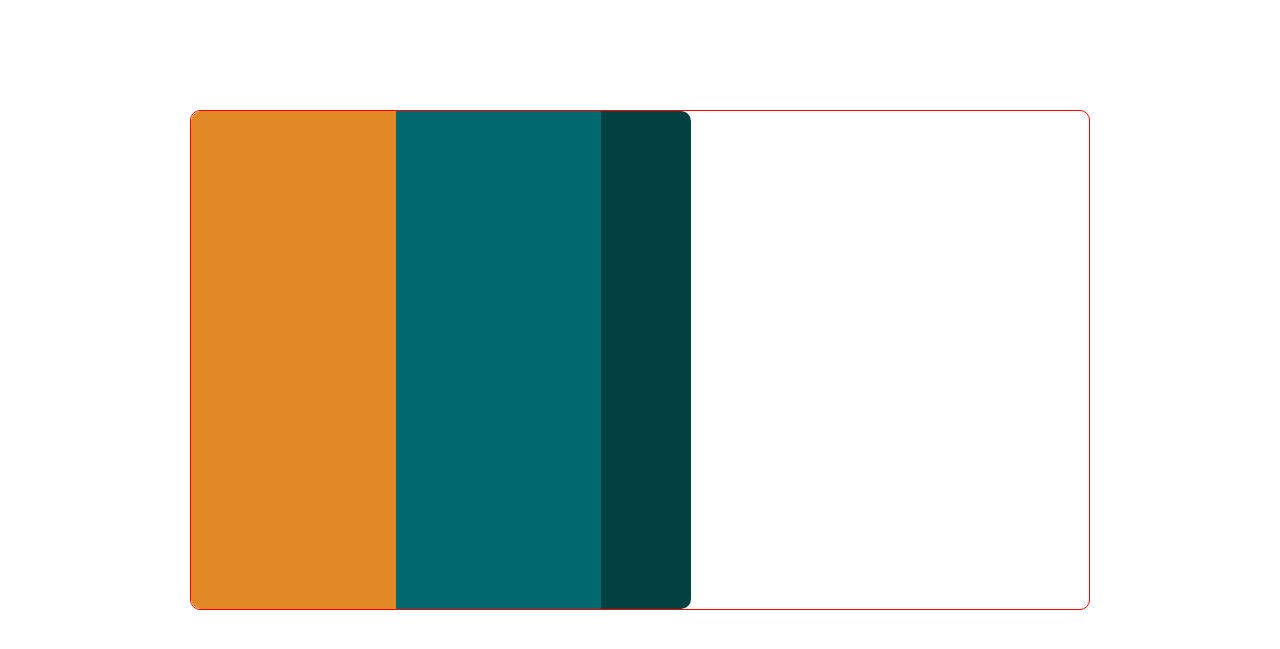
Repository: KamoliddinGIT/column-preview-card
Page: index.html
The author's editor kept a copy of each file at every save. The page is drawn from the files as they stood at one save, then again after the next save.
The browser window is 1280 px wide. The pictures show the whole page.

Above is the page before, as saved 2023-09-15 16:29:04.

After the next save:
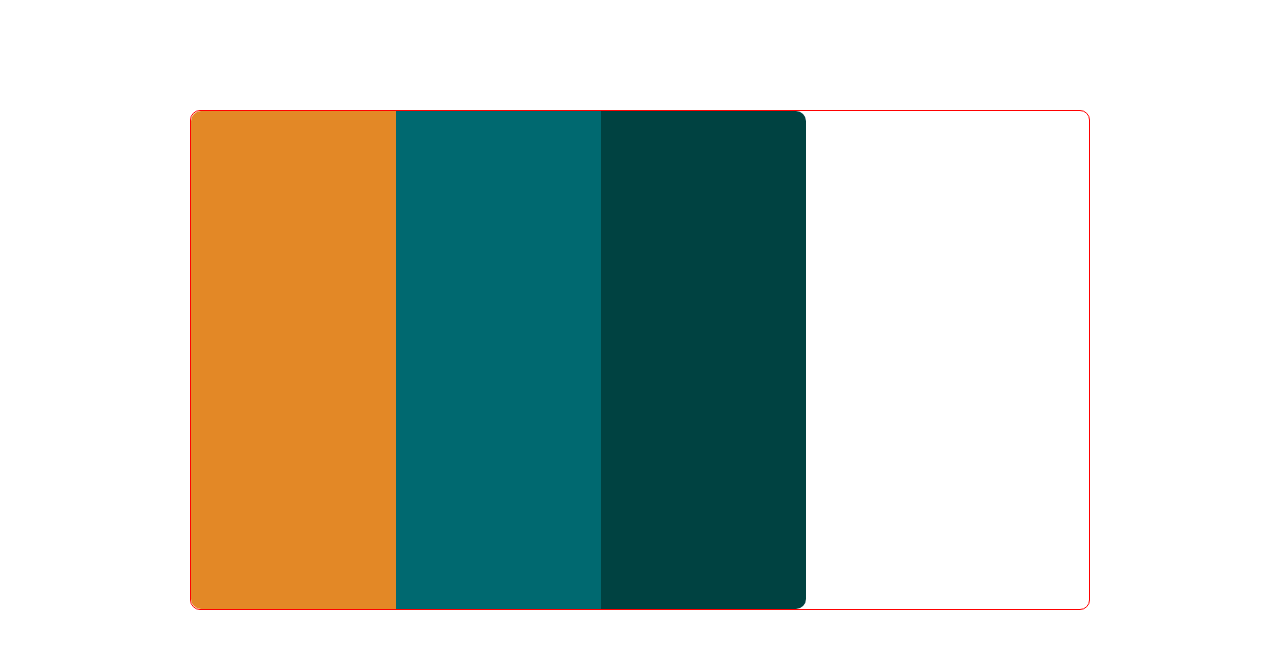
Saved 5 s later.
--- a/css/style.css
+++ b/css/style.css
@@ -39,6 +39,8 @@ body {
 }
 
 .card__3 {
+  width: 205px;
+  height: 100%;
   background-color: hsl(179, 100%, 13%);
   border-top-right-radius: 10px;
   border-bottom-right-radius: 10px;
